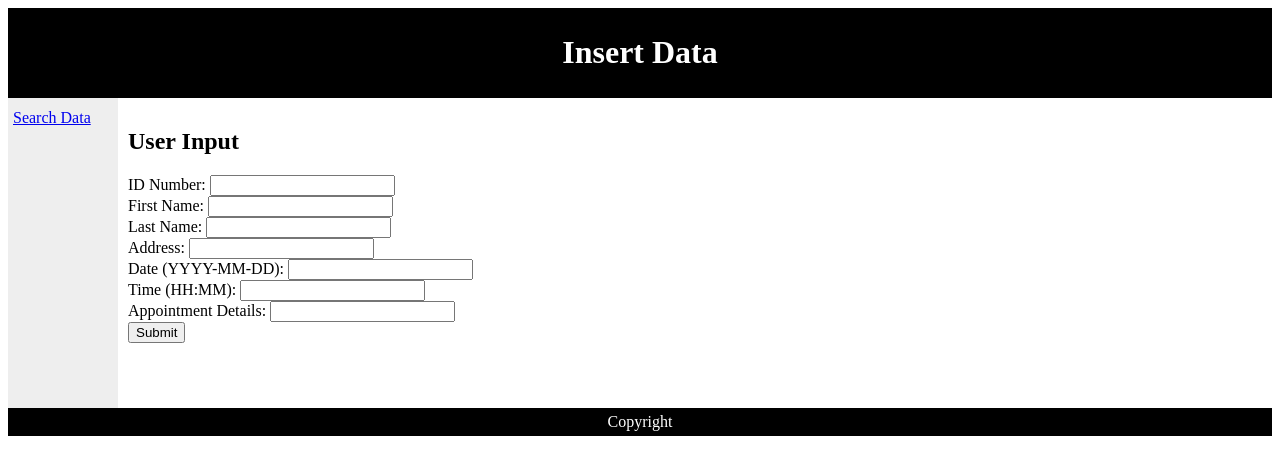
Repository: Doniico/G1_ODM
Page: workspaceCSCI4830-teamproject/teamproject/WebContent/simpleInsertHB.html
These files come from the project's save history. The page is drawn as it stood at one moment and after the next save; the edit follows.
The browser window is 1280 px wide. The pictures show the whole page.

Above is the page before, as saved 2020-04-02 04:28:55.

### workspaceCSCI4830-teamproject/teamproject/WebContent/simpleInsertHB.html
<html>
<head>
<style>
header {
    background-color:black;
    color:white;
    text-align:center;
    padding:5px;
}
nav {
    line-height:30px;
    background-color:#eeeeee;
    height:300px;
    width:100px;
    float:left;
    padding:5px;
}
section {
    width:350px;
    float:left;
    padding:10px;
}
footer {
    background-color:black;
    color:white;
    clear:both;
    text-align:center;
    padding:5px;
}
</style>

</head>

<body>
<header>
<h1> Insert Data</h1>
</header>

<nav>
<a href="/webproject/simpleSearchHB.html">Search Data</a> <br>
</nav>

<section>
	<h1>User Input</h1>

	<form action="SimpleInsertHB" method="POST">

		ID Number: <input type="number" name="id"> <br />
		First Name: <input type="text" name="firstName"> <br />
		Last Name: <input type="text" name="lastName"> <br />
		Address: <input type="text" name="address"> <br />
		Date (YYYY-MM-DD): <input type="text" name="date"> <br />
		Time (HH:MM): <input type="text" name="time"> <br />
		Appointment Details: <input type="text" name="details"> <br />

		<input type="submit" value="Submit" />
	</form>

</section>

<footer>
Copyright
</footer>
</body>
</html>

After the next save:
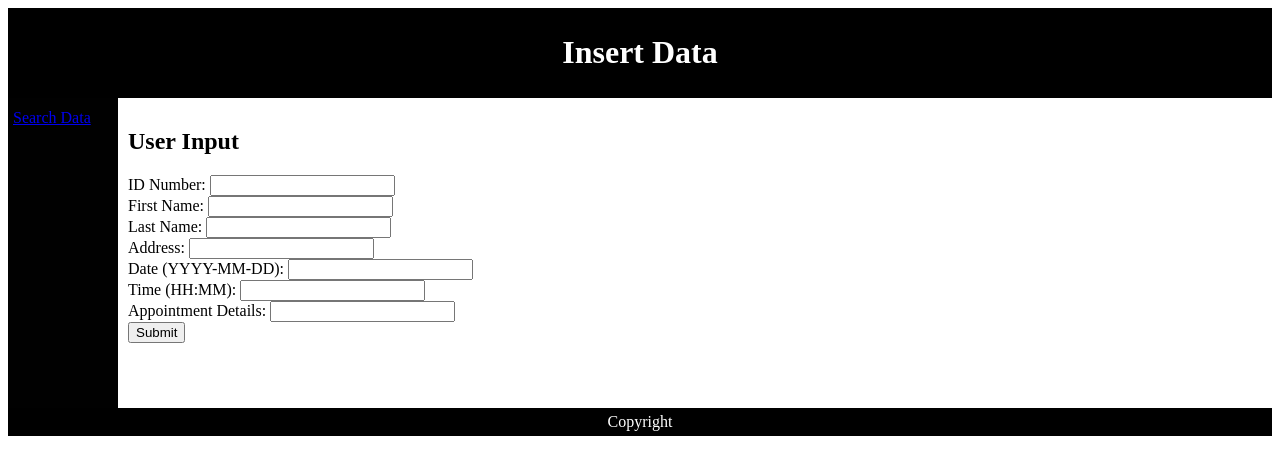
Saved 60 s later.
--- a/workspaceCSCI4830-teamproject/teamproject/WebContent/simpleInsertHB.html
+++ b/workspaceCSCI4830-teamproject/teamproject/WebContent/simpleInsertHB.html
@@ -9,7 +9,7 @@ header {
 }
 nav {
     line-height:30px;
-    background-color:#eeeeee;
+    background-color:#010101;
     height:300px;
     width:100px;
     float:left;
